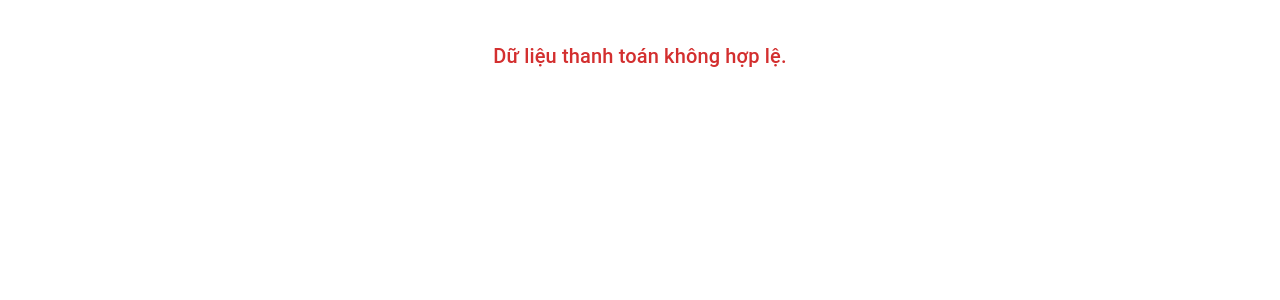
Repository: minhquang203/Homestay
Page: /payment (app in client/)
These files come from the project's save history. The page is drawn as it stood at one moment and after the next save; the edit follows.
The browser window is 1280 px wide. The pictures show the whole page.
The project was rebuilt for these pictures with package versions that can differ from the ones it lists, and the page was loaded fresh each time. Also part of the build but not shown: client/src/styles/Footer.scss, client/src/components/Footer.jsx, client/src/styles/ListingCard.scss, client/src/components/ListingCard.jsx, client/src/styles/Loader.scss, client/src/components/Loader.jsx, client/src/styles/Navbar.scss, client/src/styles/variable.scss and 29 more.

Above is the page before, as saved 2025-03-04 13:46:16.

After the next save:
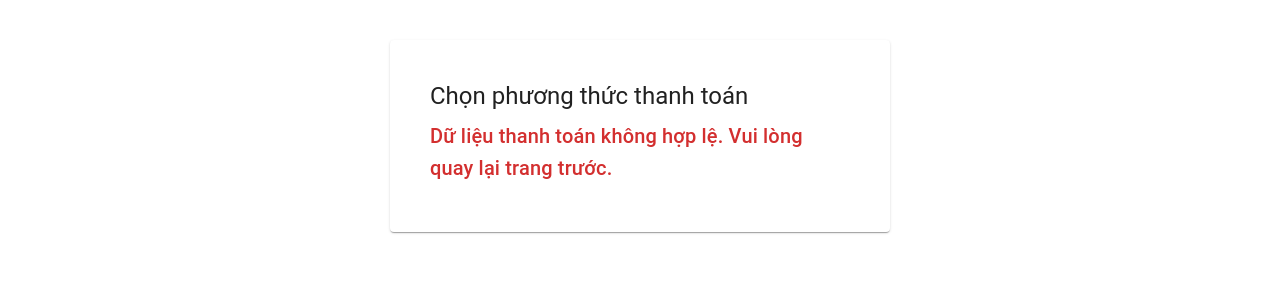
Saved 70 s later.
--- a/client/src/pages/PaymentPage.jsx
+++ b/client/src/pages/PaymentPage.jsx
@@ -6,23 +6,20 @@ const PaymentPage = () => {
   const navigate = useNavigate();
   const location = useLocation();
 
-  // Hooks luôn được gọi ngay từ đầu, không đặt điều kiện ở đây
+  // Đảm bảo tất cả hooks luôn được gọi trước bất kỳ điều kiện nào
   const [paymentMethod, setPaymentMethod] = useState('bank_transfer');
   const [message, setMessage] = useState('');
 
-  // Lấy dữ liệu từ location.state
+  // Lấy dữ liệu từ location.state, tránh lỗi undefined
   const { bookingId, totalPrice, customerId, hostId } = location.state || {};
 
-  // Nếu thiếu dữ liệu thì hiển thị thông báo lỗi thay vì return sớm
-  if (!bookingId || !totalPrice || !customerId || !hostId) {
-    return (
-      <Typography variant="h6" color="error" sx={{ textAlign: 'center', mt: 5 }}>
-        Dữ liệu thanh toán không hợp lệ.
-      </Typography>
-    );
-  }
+  // Hàm thanh toán
+  const handlePayment = useCallback(async () => {
+    if (!bookingId || !totalPrice || !customerId) {
+      alert("Dữ liệu không hợp lệ!");
+      return;
+    }
 
-  const handlePayment = useCallback(async () => {
     try {
       const response = await fetch('http://localhost:3002/payment/create_payment_url', {
         method: 'POST',
@@ -42,7 +39,13 @@ const PaymentPage = () => {
     }
   }, [bookingId, totalPrice, customerId, paymentMethod]);
 
+  // Hàm gửi tin nhắn
   const handleSendMessage = useCallback(async () => {
+    if (!customerId || !hostId || !message) {
+      alert("Vui lòng nhập đầy đủ thông tin trước khi gửi tin nhắn!");
+      return;
+    }
+
     try {
       const response = await fetch('http://localhost:3002/chat/send_message', {
         method: 'POST',
@@ -66,31 +69,41 @@ const PaymentPage = () => {
     <Card sx={{ maxWidth: 500, margin: 'auto', mt: 5, p: 3 }}>
       <CardContent>
         <Typography variant="h5" gutterBottom>Chọn phương thức thanh toán</Typography>
-        <Typography variant="h6" color="primary" gutterBottom>Tổng tiền: {totalPrice} VND</Typography>
 
-        <RadioGroup value={paymentMethod} onChange={(e) => setPaymentMethod(e.target.value)}>
-          <FormControlLabel value="bank_transfer" control={<Radio />} label="Chuyển khoản ngân hàng" />
-          <FormControlLabel value="system_balance" control={<Radio />} label="Nạp vào hệ thống" />
-        </RadioGroup>
+        {/* Hiển thị lỗi nếu thiếu dữ liệu */}
+        {!bookingId || !totalPrice || !customerId || !hostId ? (
+          <Typography variant="h6" color="error">
+            Dữ liệu thanh toán không hợp lệ. Vui lòng quay lại trang trước.
+          </Typography>
+        ) : (
+          <>
+            <Typography variant="h6" color="primary" gutterBottom>Tổng tiền: {totalPrice} VND</Typography>
 
-        <Button variant="contained" color="primary" fullWidth onClick={handlePayment} sx={{ mt: 2 }}>
-          Thanh toán
-        </Button>
+            <RadioGroup value={paymentMethod} onChange={(e) => setPaymentMethod(e.target.value)}>
+              <FormControlLabel value="bank_transfer" control={<Radio />} label="Chuyển khoản ngân hàng" />
+              <FormControlLabel value="system_balance" control={<Radio />} label="Nạp vào hệ thống" />
+            </RadioGroup>
 
-        <Typography variant="h6" sx={{ mt: 4 }}>Nhắn tin với người đăng bài</Typography>
-        <TextField
-          fullWidth
-          label="Tin nhắn"
-          multiline
-          rows={3}
-          value={message}
-          onChange={(e) => setMessage(e.target.value)}
-          sx={{ mt: 2 }}
-        />
+            <Button variant="contained" color="primary" fullWidth onClick={handlePayment} sx={{ mt: 2 }}>
+              Thanh toán
+            </Button>
 
-        <Button variant="contained" color="secondary" fullWidth onClick={handleSendMessage} sx={{ mt: 2 }}>
-          Gửi tin nhắn
-        </Button>
+            <Typography variant="h6" sx={{ mt: 4 }}>Nhắn tin với người đăng bài</Typography>
+            <TextField
+              fullWidth
+              label="Tin nhắn"
+              multiline
+              rows={3}
+              value={message}
+              onChange={(e) => setMessage(e.target.value)}
+              sx={{ mt: 2 }}
+            />
+
+            <Button variant="contained" color="secondary" fullWidth onClick={handleSendMessage} sx={{ mt: 2 }}>
+              Gửi tin nhắn
+            </Button>
+          </>
+        )}
       </CardContent>
     </Card>
   );
